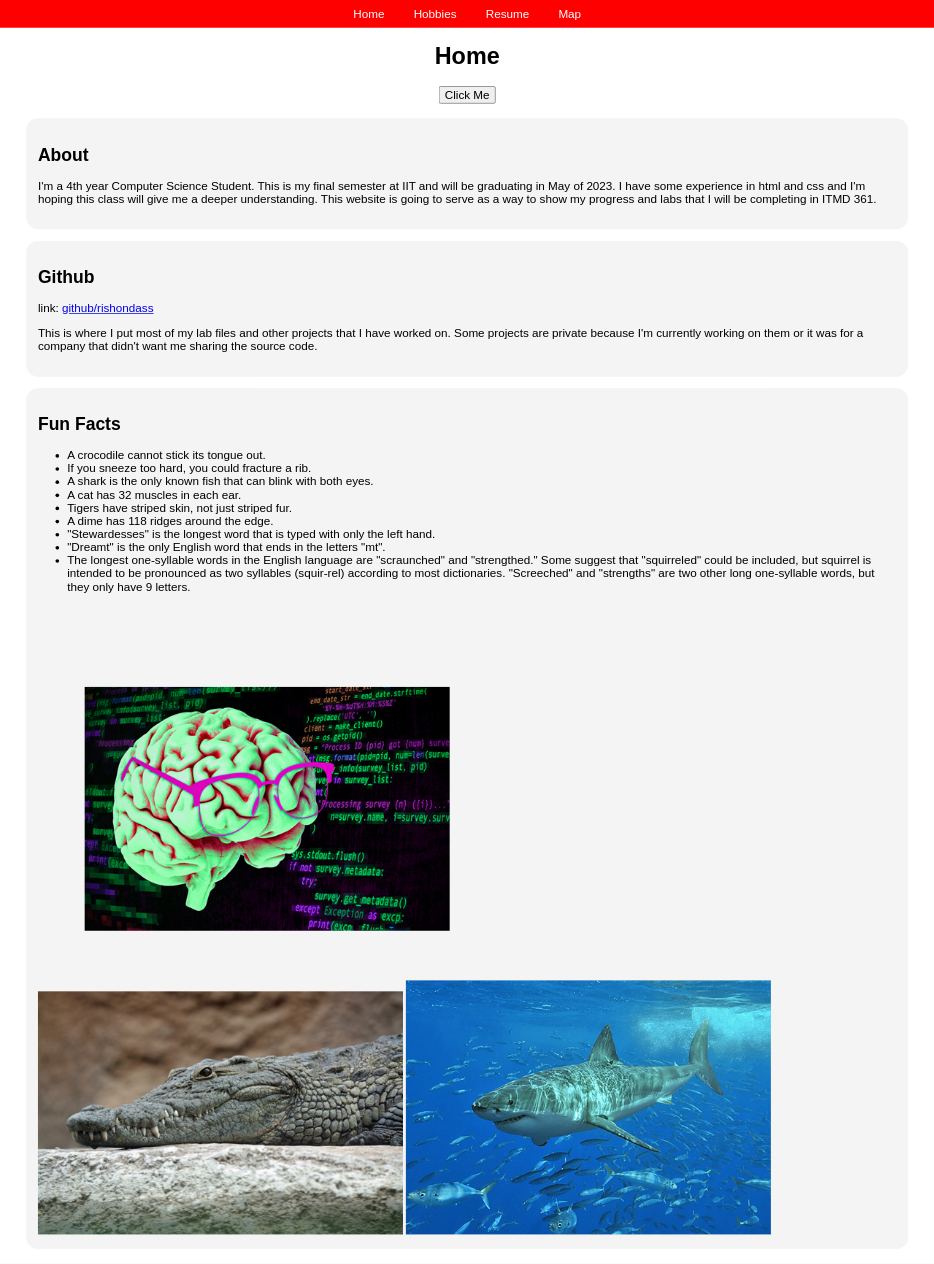
Repository: rishondass/ITMD361-Project3
Page: index.html
These files come from the project's save history. The page is drawn as it stood at one moment and after the next save; the edit follows.
The browser window is 1280 px wide. The pictures show the whole page, at 73% of full size.

Above is the page before, as saved 2023-04-28 18:16:04.

### index.html
<!DOCTYPE html>
<html lang="en">
<head>
  <meta charset="UTF-8">
  <meta name="viewport" content="width=device-width, initial-scale=1.0">
  <script src="./js/index.js"></script>
  <link rel="stylesheet" href="css/normalize.css">
  <link rel="stylesheet" href="css/style.css">
  <title>Home</title>
</head>
<body>
  <nav id="main-nav">
    <ul>
      <li>
        <a href="index.html">Home</a>
      </li>
      <li>
        <a href="hobbies.html">Hobbies</a>
      </li>
      <li>
        <a href="resume.html">Resume</a>
      </li>
      <li>
        <a href="map.html">Map</a>
      </li>
    </ul>
  </nav>
  <div id="hero-section">
    <h1 id="title">
      Home
    </h1>
    <div id="secretdiv">
      <button id="secretbutton">Click Me</button>
    </div>

  </div>
  <div id="main-container">
    <div id="about-section">
      <h2>
        About
      </h2>
      <p>
        I'm a 4th year Computer Science Student. This is my final semester at IIT and will be graduating in May of 2023. I have some experience in html and css and I'm hoping this class will give me a deeper understanding. This website is going to serve as a way to show my progress and labs that I will be completing in ITMD 361.
      </p>
    </div>
    <div id="github-section">
      <h2>
        Github
      </h2>
      <p>
        link: <a target="_blank" href="https://www.github.com/rishondass">github/rishondass</a>
      </p>
      <p>
        This is where I put most of my lab files and other projects that I have worked on. Some projects are private because I'm currently working on them or it was for a company that didn't want me sharing the source code.
      </p>
    </div>
    <div id="funfactions-section">
      <h2>
        Fun Facts
      </h2>
      <ul>
        <li>
          A crocodile cannot stick its tongue out.
        </li>
        <li>
          If you sneeze too hard, you could fracture a rib.
        </li>
        <li>
          A shark is the only known fish that can blink with both eyes.
        </li>
        <li>
          A cat has 32 muscles in each ear.
        </li>
        <li>
          Tigers have striped skin, not just striped fur.
        </li>
        <li>
          A dime has 118 ridges around the edge.
        </li>
        <li>
          "Stewardesses" is the longest word that is typed with only the left hand.
        </li>
        <li>
          "Dreamt" is the only English word that ends in the letters "mt".
        </li>
        <li>
          The longest one-syllable words in the English language are "scraunched" and "strengthed." Some suggest that "squirreled" could be included, but squirrel is intended to be pronounced as two syllables (squir-rel) according to most dictionaries. "Screeched" and "strengths" are two other long one-syllable words, but they only have 9 letters.
        </li>
      </ul>
      <div class="slideshow-container">
        <div class="mySlides fade">
          <div class="numbertext"></div>
          <img src="images/code.jpg" alt="image_of_code">
        </div>
      </div>

      <img src="images/nile_crocodile_head.jpg" alt="image_of_crocodile">
      <img src="images/white_shark.jpg" alt="image_of_shark">
    </div>
  </div>
</body>
</html>

### js/index.js
window.onload = function(){
    let secretButton = document.getElementById("secretbutton");

    secretButton.addEventListener("click",()=>{
        window.open("https://www.youtube.com/watch?v=BBJa32lCaaY");
    });
}

### css/style.css
#main-nav{
    background-color: red;
    overflow: hidden;
}

#main-nav ul{
    list-style-type: none;
    padding: 0;
    margin: 0;
    display: flex;
    justify-content: center;
}

#main-nav a{
   display: block;
   padding: 10px 20px;
   text-decoration: none;
   color: white;
}


#main-nav a:hover{
    background-color: rgb(255, 255, 255);
    color:black;
}

#main-container{
    margin: 20px;
}

/*
To be added
#hero-section{
    width: 100%;
    height: 100vh;
    background-color:rgb(15, 92, 207);
} */

#title{
    text-align: center;
}

#about-section{

}

#main-container div{
    margin: 1rem;
    border-radius: 1rem;
    padding: 1rem;
    background-color:rgb(245, 244, 244);
}

.container-objects{
    margin: 1rem;
    border-radius: 1rem;
    padding: 1rem;
    background-color:rgb(245, 244, 244);
}

.hobbies-images{
    width: 300px;
}

.hobbies-videos{
    width: 500px;
}



.hobby-container-item{
    float: left;
    background-color:rgb(245, 244, 244);
}


#map {
  display: flex;
  justify-items: center;
  height: 800px;
  width: 80%;
  margin: 10px auto;
}

@media screen and (max-width:390px) {
  .container-objects{
    background-color: red;
    color: white;
    text-align: center;
    padding: 12px;
    height: 500px;
  }
}

@media screen and (max-width:820px) and (min-width:390px) {
  .container-objects{
    background-color: rgb(212, 0, 255);
    color: white;
    text-align: right;
    height: 300px;
    padding: 10px;
  }
}

#secretdiv{
    display: flex;
    justify-content: center;
}

Loaded but not shown: css/normalize.css (library)

After the next save:
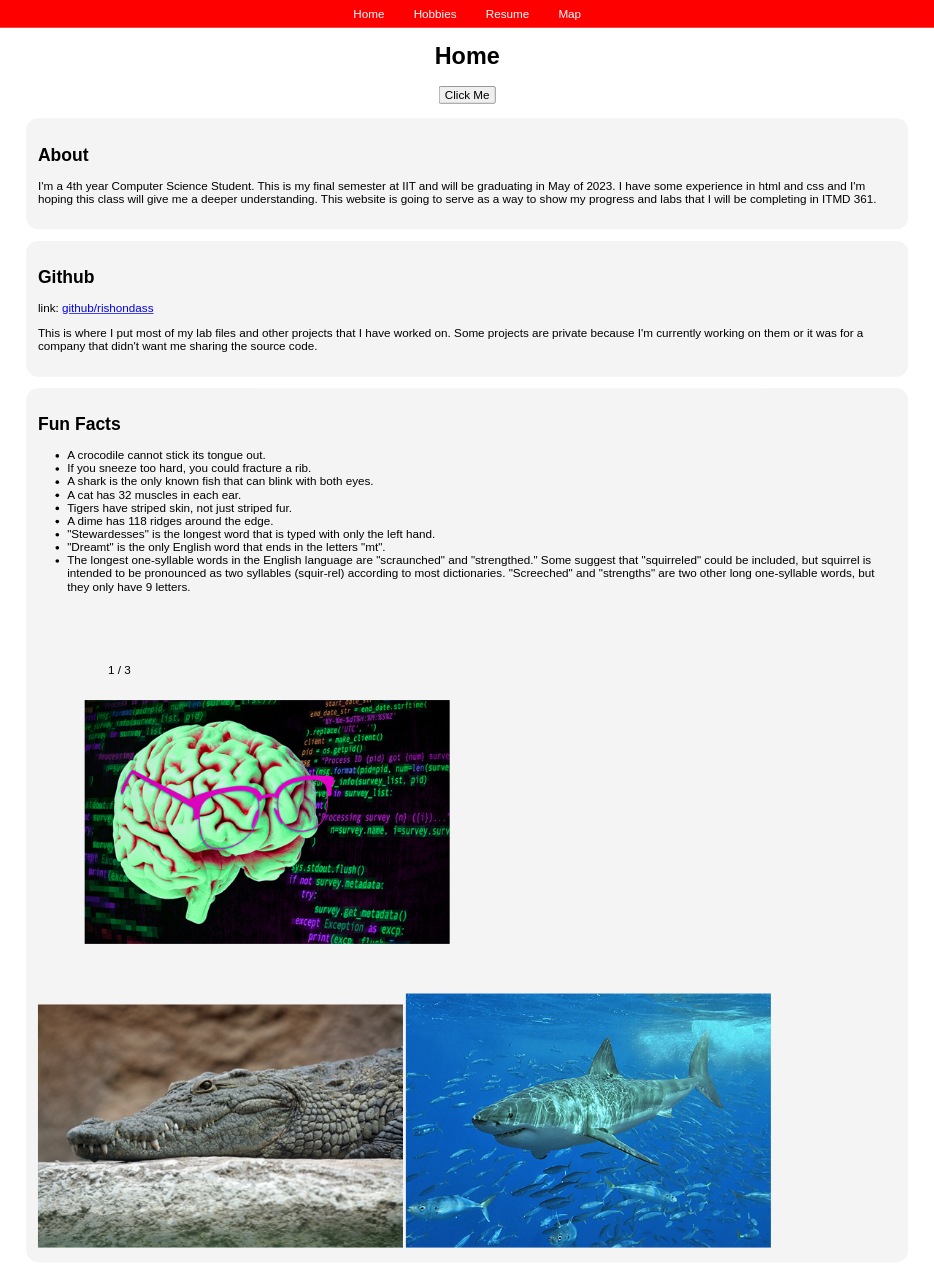
Saved 4 s later.
--- a/index.html
+++ b/index.html
@@ -89,7 +89,7 @@
       </ul>
       <div class="slideshow-container">
         <div class="mySlides fade">
-          <div class="numbertext"></div>
+          <div class="numbertext">1 / 3</div>
           <img src="images/code.jpg" alt="image_of_code">
         </div>
       </div>
